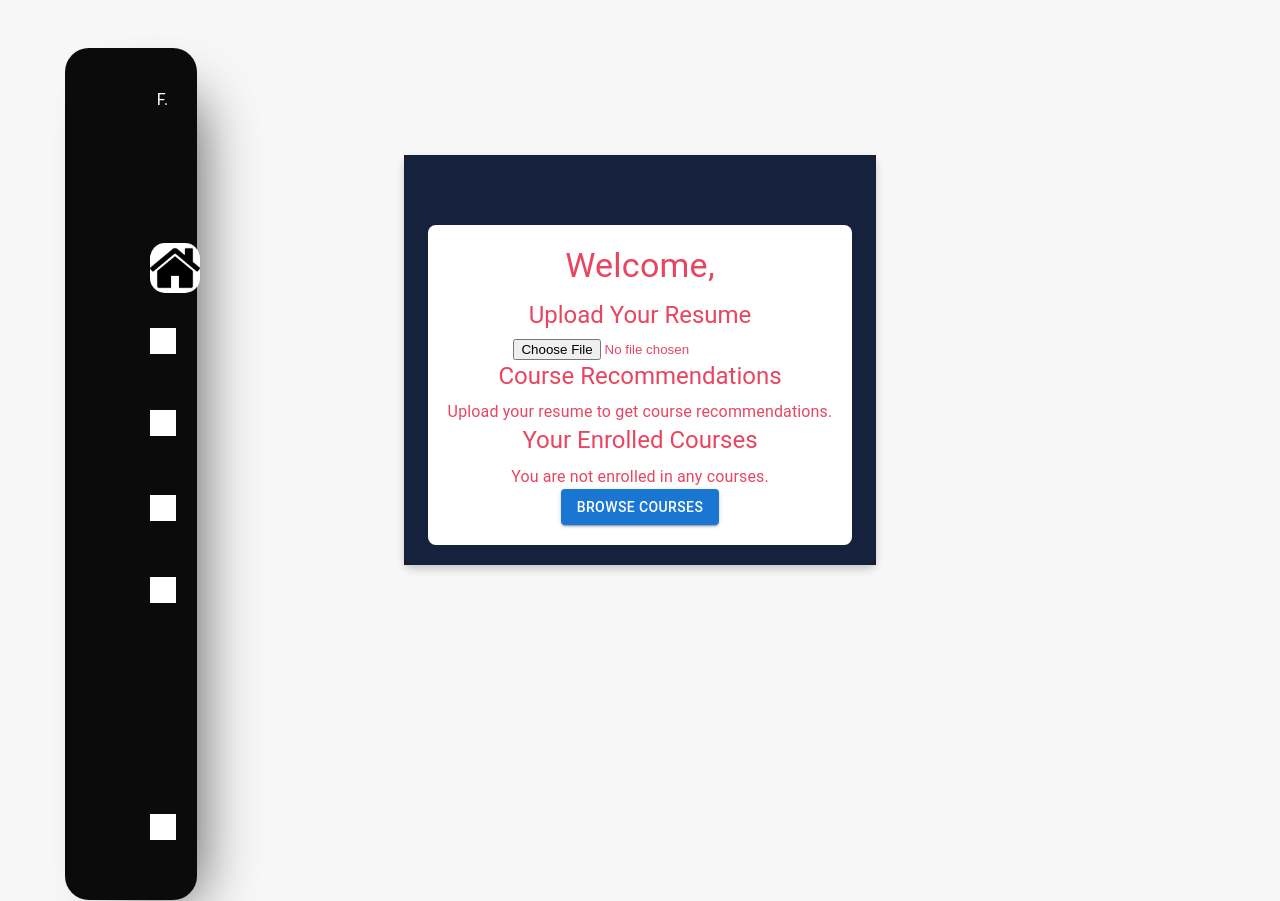
Repository: jvt2/OnlineCourseApp
Page: /dashboard
The author's editor kept a copy of each file at every save. The page is drawn from the files as they stood at one save, then again after the next save.
The browser window is 1280 px wide. The pictures show the whole page.
The page's requests for data from a server got no answer. The project was rebuilt for these pictures with package versions that can differ from the ones it lists, and the page was loaded fresh each time. No one was signed in, and anything a server would have sent is missing. Also part of the build but not shown: src/features/auth/Register.js, src/features/auth/Login.js, src/features/courses/ResumeUpload.js, src/features/courses/CourseRecommendations.js, src/components/common/MyModal.js, src/features/courses/CourseCatalog.js, src/features/courses/CourseDetail.js, src/components/common/Navbar.js and 3 more. Imported but missing from the stored project, and not drawn on this page: src/app/reportWebVitals.

Above is the page before, as saved 2024-07-14 19:35:32.

After the next save:
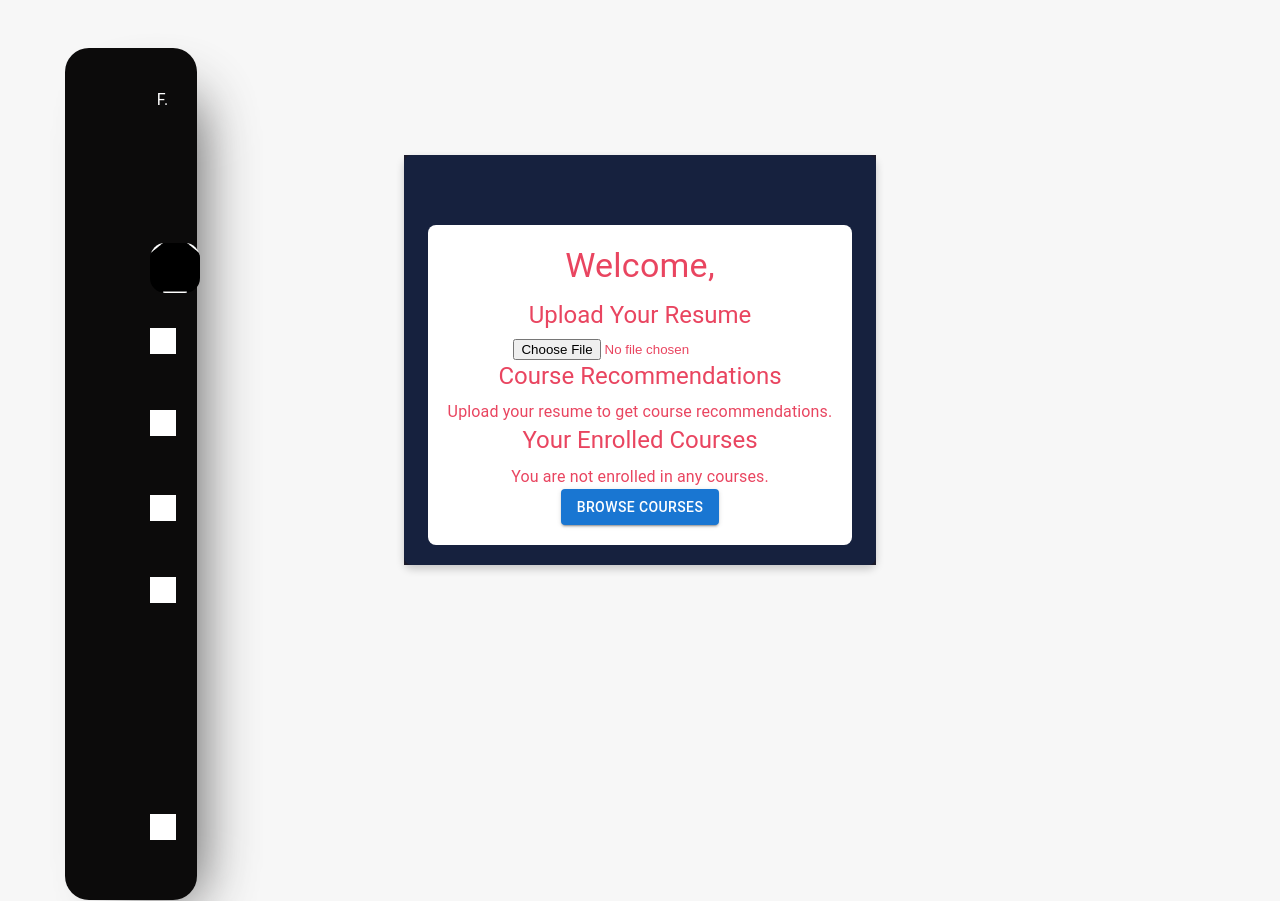
Saved 27 s later.
--- a/src/features/dashboard/Dashboard.css
+++ b/src/features/dashboard/Dashboard.css
@@ -67,8 +67,7 @@
     background-image: url('/public/assets/home-icon-1.png');
     border-radius: 30%;
     background-position: center;
-    background-size: contain;
-    background-repeat: no-repeat;
+
     top:22.84%;
   }
 

After the save that followed:
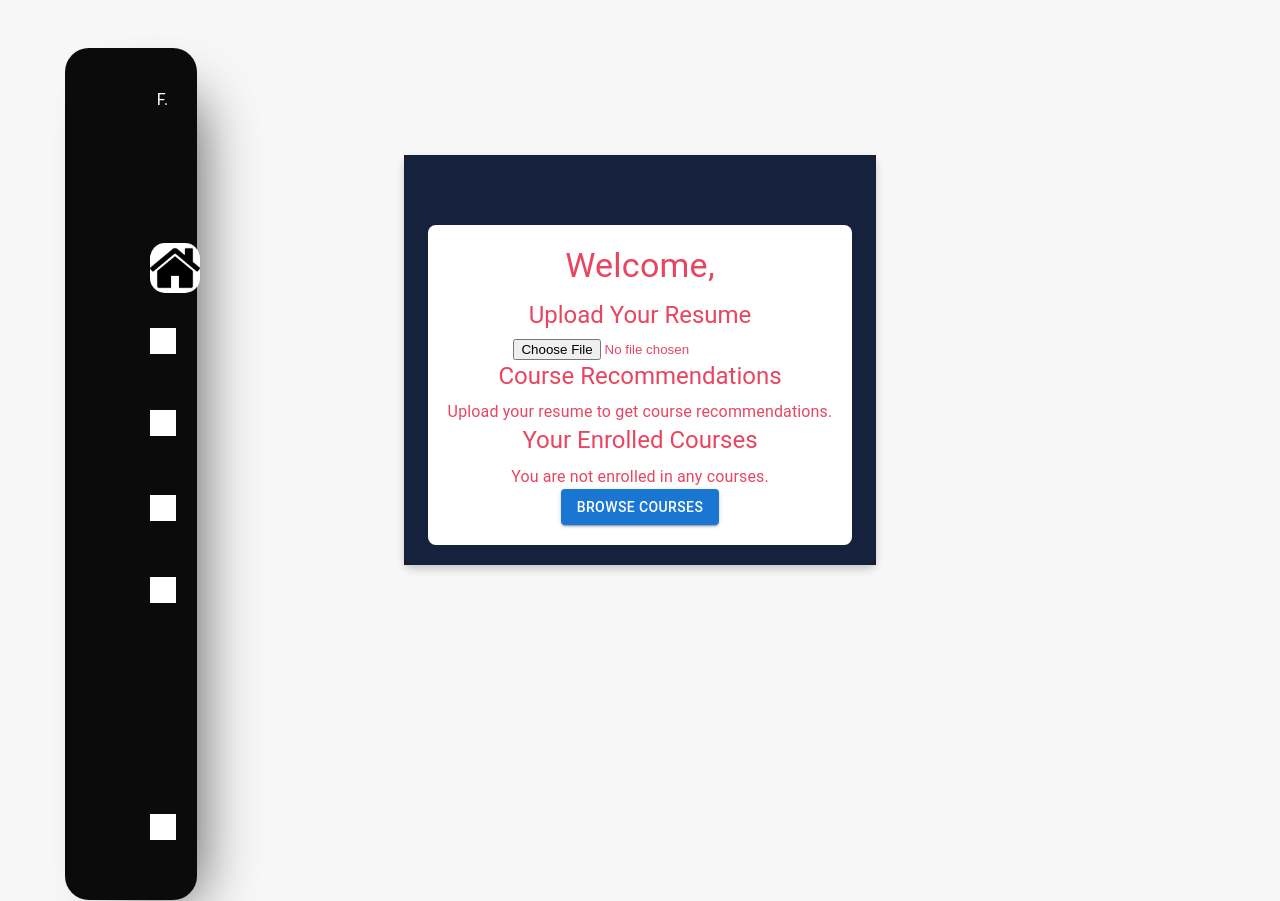
Saved 16 s later.
--- a/src/features/dashboard/Dashboard.css
+++ b/src/features/dashboard/Dashboard.css
@@ -67,7 +67,8 @@
     background-image: url('/public/assets/home-icon-1.png');
     border-radius: 30%;
     background-position: center;
-
+    background-size: contain;
+    background-repeat: no-repeat;
     top:22.84%;
   }
 
